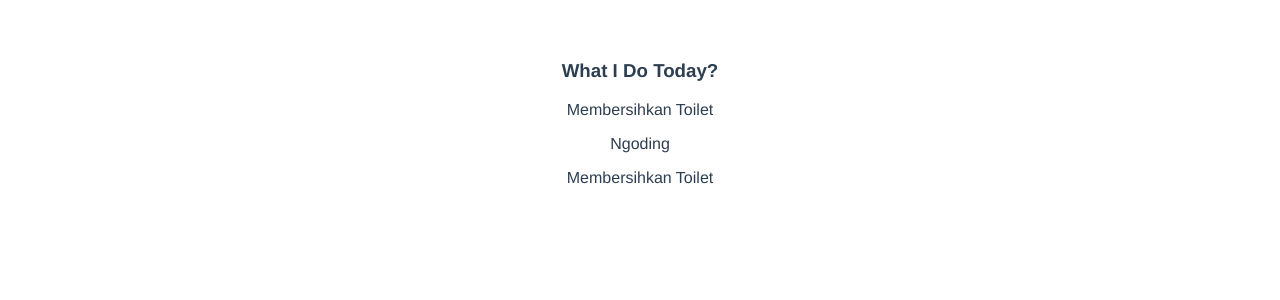
Repository: AdiPrimanto/praxis-academy
Page: / (app in novice/03-05/todolist/)
An editor plug-in stored every save of this project. The page is shown before and after a run of saves, followed by the edit.
The browser window is 1280 px wide. The pictures show the whole page.
The project was rebuilt for these pictures with package versions that can differ from the ones it lists, and the page was loaded fresh each time.

Above is the page before, as saved 2019-11-29 13:56:28.

### novice/03-05/todolist/src/App.vue
<template>
  <div id="app">
    <h3>What I Do Today? </h3>
    <div class="pekerjaan-rumah">
      <div v-for="tugasSaya in tugas" v-bind:key="tugasSaya.id" class="tugas">
        <p>{{tugasSaya.nama}}</p>
      </div>
    </div>
  </div>
</template>

<script>
  // import HelloWorld from './components/HelloWorld.vue'

  export default {
    name: 'app',
    //membuat data json
    //v-for dilakukan jk memiliki array di dalam data:
    data: function() {
      return {
        tugas: [{
          id: 1,
          nama: 'Membersihkan Toilet'
        },
        {
          id: 1,
          nama: 'Ngoding'
        },
        {
          id: 1,
          nama: 'Membersihkan Toilet'
        }]
      };
    },
    components: {

    }
  }
</script>

<style>
  #app {
    font-family: 'Avenir', Helvetica, Arial, sans-serif;
    -webkit-font-smoothing: antialiased;
    -moz-osx-font-smoothing: grayscale;
    text-align: center;
    color: #2c3e50;
    margin-top: 60px;
  }
</style>

Loaded but not shown: novice/03-05/todolist/public/index.html (common file); novice/03-05/todolist/src/main.js (common file)

After the next 3 saves:
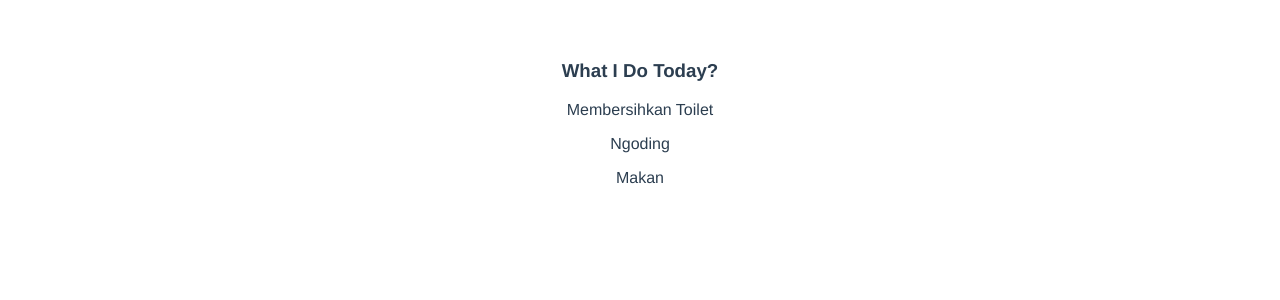
The 3 saves are shown as one change because they came seconds apart.
The last was saved 12 s later.
--- a/novice/03-05/todolist/src/App.vue
+++ b/novice/03-05/todolist/src/App.vue
@@ -23,12 +23,12 @@
           nama: 'Membersihkan Toilet'
         },
         {
-          id: 1,
+          id: 2,
           nama: 'Ngoding'
         },
         {
-          id: 1,
-          nama: 'Membersihkan Toilet'
+          id: 3,
+          nama: 'Makan'
         }]
       };
     },
